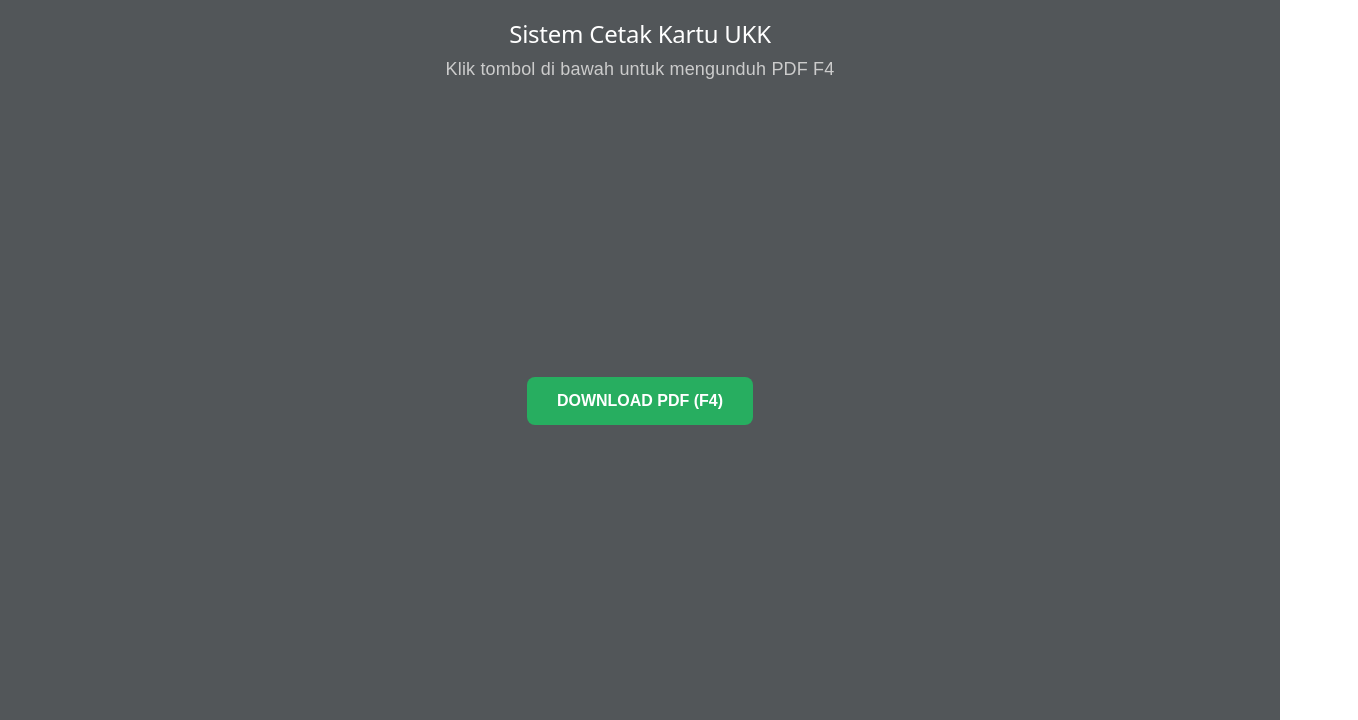
Repository: UsmanAzizz/generator-kartu-tes
Page: /
An editor plug-in stored every save of this project. The page is shown before and after the next save, followed by the edit.
The browser window is 1280 px wide. The page is 1280 px wide, then 1358 px, so the pictures cover 1358 px, including what lies to the right of the window. The pictures show the whole page.
An inner scrolling area shows only its first screen. The project was rebuilt for these pictures with package versions that can differ from the ones it lists, and the page was loaded fresh each time. Also part of the build but not shown: vite.config.js.

Above is the page before, as saved 2026-03-18 16:33:44.

After the next save:
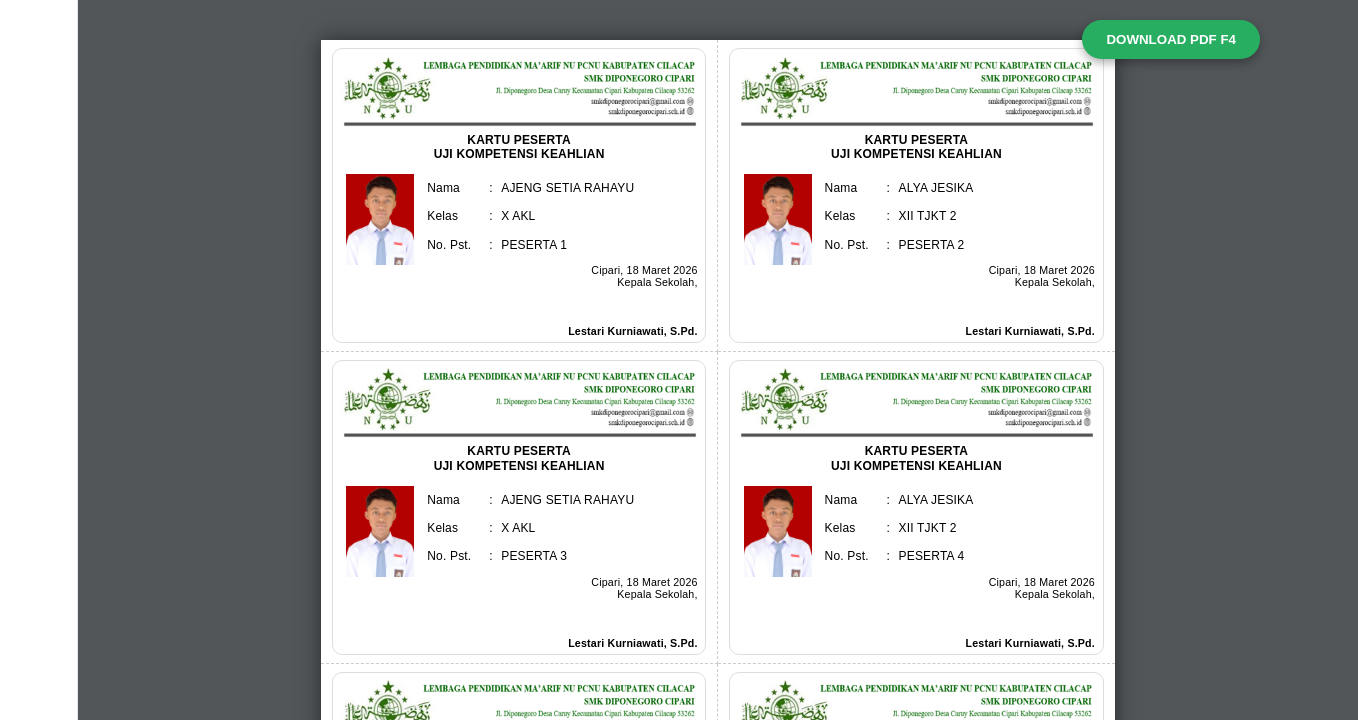
Saved 35 s later.
--- a/src/App.jsx
+++ b/src/App.jsx
@@ -17,12 +17,10 @@
 
   const contentRef = useRef(null);
 
-  // MENGUNCI SCROLL BROWSER TOTAL
+  // MENGUNCI SCROLL BODY BROWSER
   useEffect(() => {
-    document.documentElement.style.overflow = 'hidden';
     document.body.style.overflow = 'hidden';
     return () => {
-      document.documentElement.style.overflow = 'auto';
       document.body.style.overflow = 'auto';
     };
   }, []);
@@ -47,35 +45,37 @@
   };
 
   const styles = {
+    // Wrapper utama mengunci layar
     wrapper: {
       backgroundColor: '#525659',
-      height: '100vh',           // Tinggi tepat satu layar
-      width: '100vw',            // Lebar tepat satu layar
+      height: '100vh',
+      width: '100vw',
       fontFamily: 'Arial, sans-serif',
-      overflow: 'hidden',        // MATIKAN SCROLL DI SINI
-      position: 'fixed',         // Kunci posisi agar tidak bergeser
-      top: 0,
-      left: 0,
+      overflow: 'hidden', // Menghilangkan scrollbar browser
+      display: 'flex',
+      flexDirection: 'column'
+    },
+    // Area ini yang bisa di-scroll untuk melihat preview
+    previewArea: {
+      flex: 1,
+      overflowY: 'auto', // Scroll hanya ada di sini
+      padding: '40px 0',
       display: 'flex',
       flexDirection: 'column',
       alignItems: 'center'
-    },
-    // Container kartu tetap ada di DOM tapi tidak bisa di-scroll manual oleh user
-    // html2canvas tetap bisa mengambil data meskipun elemennya 'hidden' atau di luar viewport
-    containerHide: {
-      position: 'absolute',
-      top: '100vh',              // Lempar ke bawah layar agar tidak terlihat
-      left: 0
     },
     page: {
       width: '210mm',
       height: '330mm',
       backgroundColor: 'white',
+      marginBottom: '40px', // Jarak antar halaman di preview
       display: 'grid',
       gridTemplateColumns: 'repeat(2, 1fr)',
       gridTemplateRows: 'repeat(4, 1fr)',
       boxSizing: 'border-box',
+      boxShadow: '0 0 20px rgba(0,0,0,0.5)',
       overflow: 'hidden',
+      flexShrink: 0 // Agar ukuran page tidak tertekan flex
     },
     cardSlot: (index) => ({
       display: 'flex',
@@ -127,16 +127,9 @@
     },
     signature: { fontWeight: 'bold', marginTop: '10mm' },
     btnDownload: {
-      padding: '15px 30px',
-      fontSize: '16px',
-      backgroundColor: '#27ae60',
-      color: 'white',
-      border: 'none',
-      borderRadius: '8px',
-      cursor: 'pointer',
-      fontWeight: 'bold',
-      marginTop: 'auto',
-      marginBottom: 'auto' // Menaruh tombol di tengah layar yang kosong
+      position: 'fixed', top: '20px', right: '20px', padding: '12px 24px',
+      backgroundColor: '#27ae60', color: 'white', border: 'none', borderRadius: '30px',
+      cursor: 'pointer', fontWeight: 'bold', zIndex: 1000, boxShadow: '0 4px 10px rgba(0,0,0,0.3)'
     }
   };
 
@@ -150,15 +143,10 @@
 
   return (
     <div style={styles.wrapper}>
-      <h2 style={{color: 'white', marginTop: '20px'}}>Sistem Cetak Kartu UKK</h2>
-      <p style={{color: '#ccc'}}>Klik tombol di bawah untuk mengunduh PDF F4</p>
+      <button style={styles.btnDownload} onClick={downloadPDF}>DOWNLOAD PDF F4</button>
 
-      <button style={styles.btnDownload} onClick={downloadPDF}>
-        DOWNLOAD PDF (F4)
-      </button>
-
-      {/* Konten kartu disembunyikan dari pandangan mata tapi tetap ada untuk PDF */}
-      <div style={styles.containerHide}>
+      {/* Container ini yang menampung preview dan bisa di-scroll */}
+      <div style={styles.previewArea}>
         <div ref={contentRef}>
           {pages.map((pageStudents, pageIdx) => (
             <div key={pageIdx} className="page-break" style={styles.page}>
